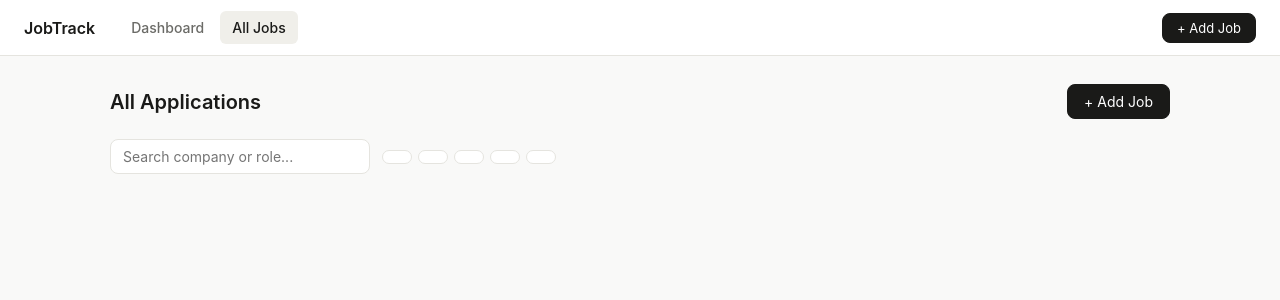
Repository: adtm0/jobtracker
Page: /jobs (app in frontend/)
An editor plug-in stored every save of this project. The page is shown before and after a run of saves, followed by the edit.
The browser window is 1280 px wide. The pictures show the whole page.
The project was rebuilt for these pictures with package versions that can differ from the ones it lists, and the page was loaded fresh each time. Also part of the build but not shown: frontend/vite.config.js, frontend/src/pages/Login.jsx, frontend/src/pages/Register.jsx, frontend/src/pages/Dashboard.jsx, frontend/src/pages/JobForm.jsx.

Above is the page before, as saved 2026-04-19 20:13:45.

### frontend/src/main.jsx
import { StrictMode } from "react";
import React from "react";
import ReactDOM from 'react-dom/client'
import { BrowserRouter } from 'react-router-dom'
import { createRoot } from "react-dom/client";
import "./index.css";
import App from "./App.jsx";

createRoot(document.getElementById("root")).render(
  <StrictMode>
    <BrowserRouter>
      <App />
    </BrowserRouter>
  </StrictMode>,
);

### frontend/src/index.css
*, *::before, *::after {
  box-sizing: border-box;
  margin: 0;
  padding: 0;
}

body {
  font-family: -apple-system, BlinkMacSystemFont, 'Segoe UI', sans-serif;
  background: #f9f9f8;
  color: #1a1a18;
  font-size: 14px;
  line-height: 1.5;
}

main {
  max-width: 1100px;
  margin: 0 auto;
  padding: 28px 20px;
}

input, select, textarea {
  width: 100%;
  padding: 8px 12px;
  border: 1px solid #e5e4df;
  border-radius: 8px;
  font-size: 14px;
  font-family: inherit;
  outline: none;
}

input:focus, select:focus, textarea:focus {
  border-color: #185FA5;
}

button {
  cursor: pointer;
  font-family: inherit;
  font-size: 14px;
  border-radius: 8px;
  border: 1px solid #e5e4df;
  background: #fff;
  padding: 8px 16px;
}

button:hover {
  background: #f9f9f8;
}

.btn-primary {
  background: #1a1a18;
  color: #fff;
  border-color: #1a1a18;
}

.btn-primary:hover {
  background: #333;
}

label {
  display: block;
  font-size: 12px;
  font-weight: 500;
  color: #6b6b67;
  margin-bottom: 5px;
}

### frontend/src/App.jsx
import {Routes, Route} from 'react-router-dom'
import Login from './pages/Login'
import Register from './pages/Register'
import Dashboard from './pages/Dashboard'
import Jobs from './pages/Jobs'
import JobForm from './pages/JobForm'
import Navbar from './components/Navbar'

function Layout({ children }) {
  return (
    <>
      <Navbar />
      <main>
        {children}
      </main>
    </>
  );
}

function App() {

  return (
    <Routes>
      <Route path='/login' element={<Login />} />
      <Route path='/register' element={<Register />} />
      <Route path='/dashboard' element={<Layout><Dashboard /></Layout>} />
      <Route path='/jobs' element={<Layout><Jobs /></Layout>} />
      <Route path='/jobs/new' element={<Layout><JobForm /></Layout>} />
    </Routes>
  )
}

export default App

### frontend/src/pages/Jobs.jsx
import { useState } from "react";
import { Link } from "react-router-dom";

const STATUSES = ['all', 'applied', 'interview', 'offer', 'rejected']

const MOCK_JOBS = [
  {id: 1, company: 'Stripe', role: 'Frontend Engineer', status: 'applied', date_applied: '2026-04-14', notes: 'Referral from Jane'},
  {id: 2, company: 'Notion', role: 'Software Engineer', status: 'interview', date_applied: '2026-04-08', notes: 'Technical round next week'},
  {id: 3, company: 'Anthropic', role: 'Software Engineer', status: 'offer', date_applied: '2026-03-30', notes: 'Deadline Apr 25'},
  {id: 4, company: 'Apple', role: 'iOS Engineer', status: 'rejected', date_applied: '2026-03-20', notes: ''}
]

const BADGE_COLORS = {
  applied: {bg: '#E6F1FB', color: '#185FA5'},
  interview: {bg: '#FAEEDA', color: '#854F0B'},
  offer: {bg: '#EAF3DE', color: '#3B6D11'},
  rejected: {bg: '#FCEBEB', color: '#A32D2D'},
}
export default function Jobs() {
  const [filter, setFilter] = useState('all')
  const [search, setSearch] = useState('')

  const filtered = MOCK_JOBS
    .filter(j => filter === 'all' || j.status === filter)
    .filter(j =>
      j.company.toLowerCase().includes(search.toLowerCase()) ||
      j.role.toLowerCase().includes(search.toLowerCase())
    )

  return (
    <div>
      <div style={{display: 'flex', justifyContent: 'space-between', alignItems: 'center', marginBottom:20 }}>
        <h2 style={{fontSize: 20, fontWeight: 600}}>All Applications</h2>
        <Link to="/jobs/new" style={{textDecoration: 'none'}}>
          <button className="btn-primary">+ Add Job</button>
        </Link>
      </div>

      {/*search and filters */}
      <div style={{display: 'flex', gap: 12, marginBottom: 20, alignItems: 'center'}}>
        <input
          placeholder="Search company or role..."
          value={search}
          onChange={e => setSearch(e.target.value)}
          style={{maxWidth: 260}}
        />
        <div style={{display: 'flex', gap: 6}}>
          {STATUSES.map(s => (
            <button
              key={s}
              onClick={() => setFilter(s)}
              style={{
                padding: '6px 14px'
              }}
            >

            </button>
          ))}
        </div>
      </div>
    </div>
  )
}

### frontend/src/components/Navbar.jsx
import { NavLink } from "react-router-dom";

export default function Navbar() {
  return (
    <nav
      style={{
        background: "#fff",
        borderBottom: "1px solid #e5e4df",
        padding: "0 24px",
        height: 56,
        display: "flex",
        alignItems: "center",
        justifyContent: "space-between",
        position: "sticky",
        top: 0,
        zIndex: 100,
      }}
    >
      <div style={{ display: "flex", alignItems: "center", gap: 4 }}>
        <span style={{ fontWeight: 600, fontSize: 16, marginRight: 20 }}>
          JobTrack
        </span>
        <NavLink to="/dashboard" style={linkStyle}>
          Dashboard
        </NavLink>
        <NavLink to="/jobs" style={linkStyle}>
          All Jobs
        </NavLink>
      </div>
      <NavLink to="/jobs/new" style={{ textDecoration: "none" }}>
        <button
          className="btn-primary"
          style={{ fontSize: 13, padding: "6px 14px" }}
        >
          + Add Job
        </button>
      </NavLink>
    </nav>
  );
}

const linkStyle = ({ isActive }) => ({
  textDecoration: "none",
  fontSize: 14,
  fontWeight: 500,
  padding: '6px 12px',
  borderRadius: 6,
  color: isActive ? '#1a1a18' : '#6b6b67',
  background: isActive ? '#f0efea' : 'transparent'
});

After the next 4 saves:
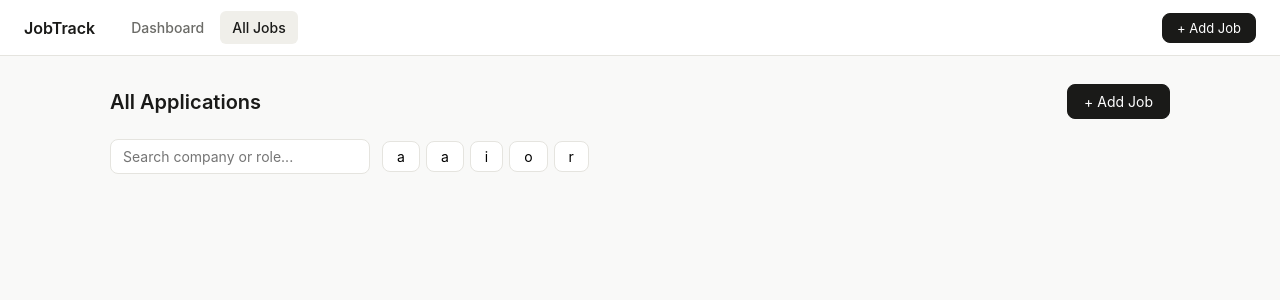
The 4 saves are shown as one change because they came seconds apart.
The last was saved 12 s later.
--- a/frontend/src/pages/Jobs.jsx
+++ b/frontend/src/pages/Jobs.jsx
@@ -53,7 +53,7 @@
                 padding: '6px 14px'
               }}
             >
-
+              {s.charAt(0)}
             </button>
           ))}
         </div>
